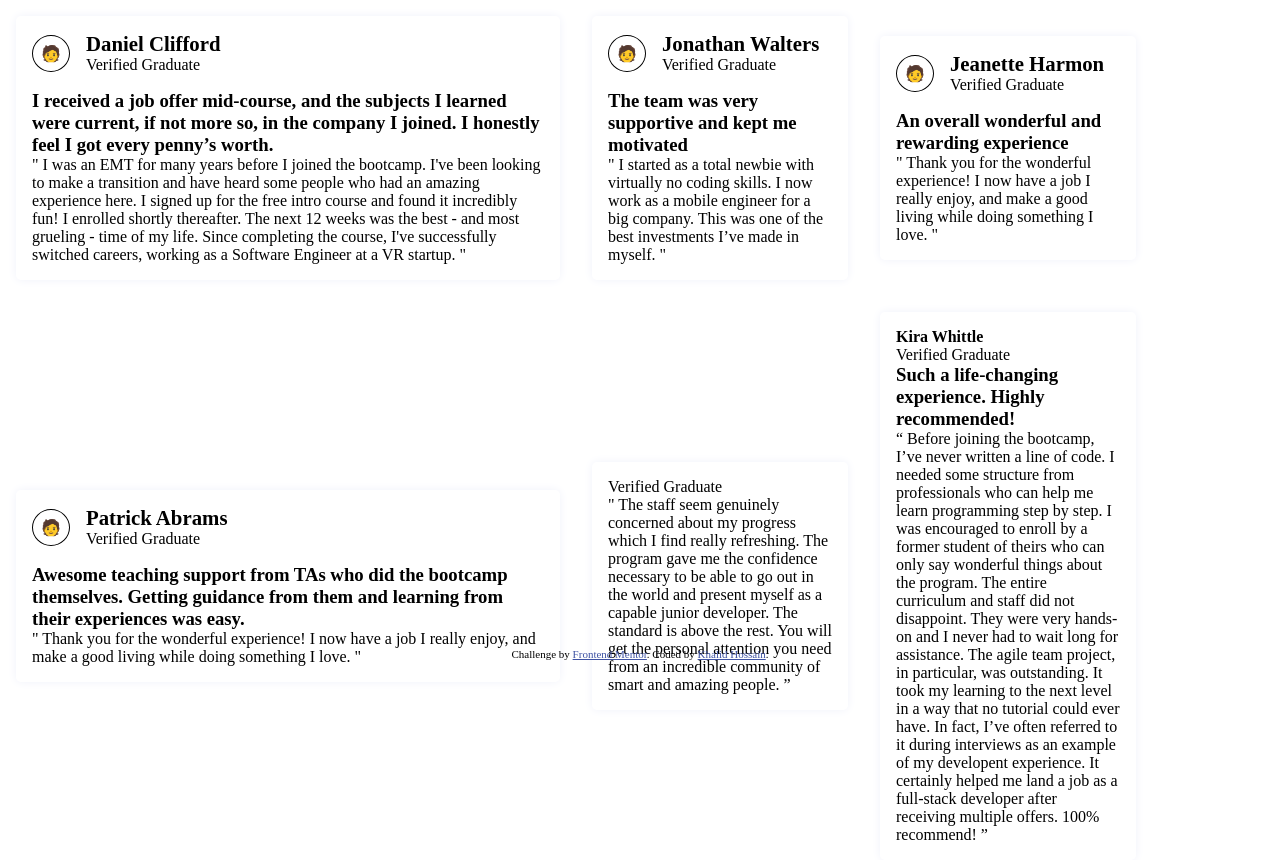
Repository: badhon252/Testimonials-Grid-Section
Page: index.html
These files come from the project's save history. The page is drawn as it stood at one moment and after the next save; the edit follows.
The browser window is 1280 px wide. The pictures show the whole page.

Above is the page before, as saved 2023-02-18 16:01:30.

After the next save:
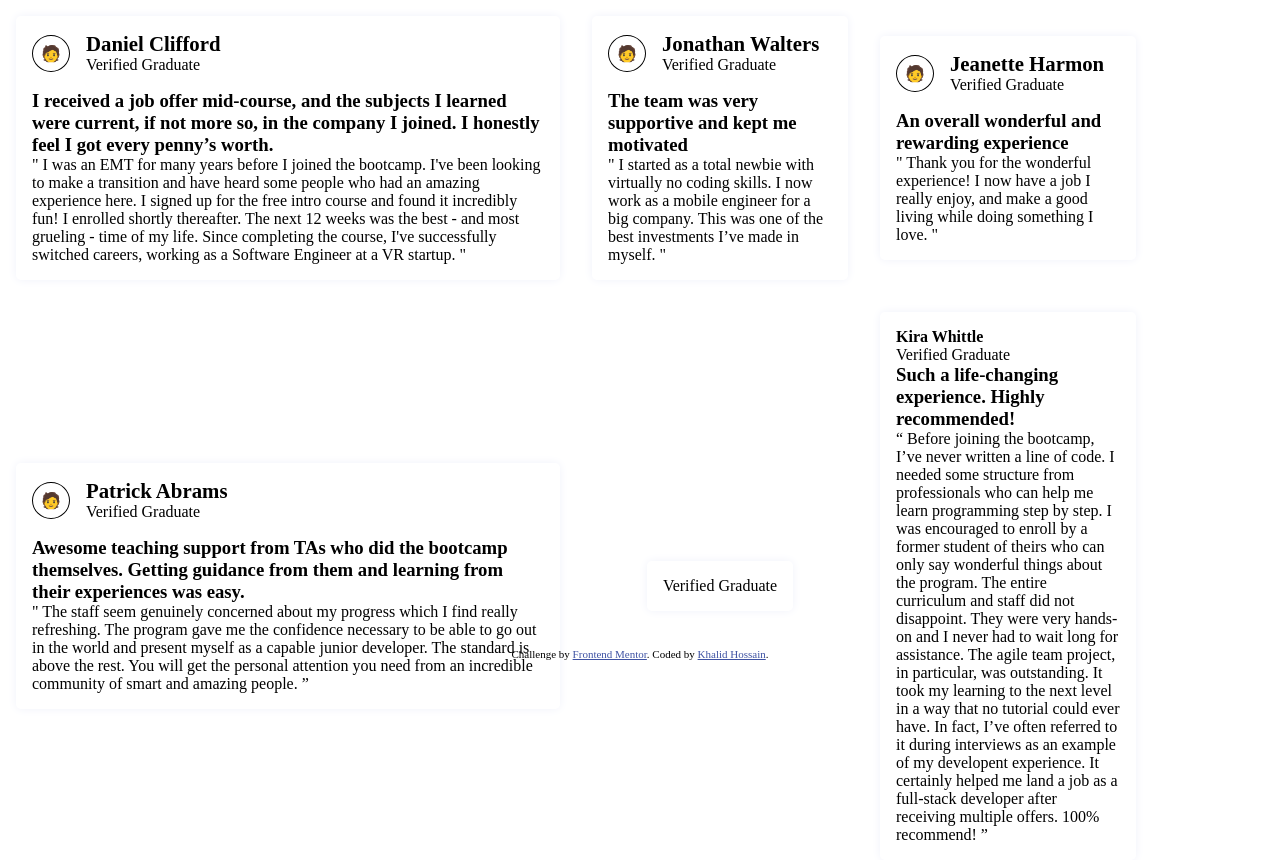
Saved 7 s later.
--- a/index.html
+++ b/index.html
@@ -66,7 +66,9 @@
             </div>
 
             <h3>Awesome teaching support from TAs who did the bootcamp themselves. Getting guidance from them and learning from their experiences was easy.</h3>
-            <p>" Thank you for the wonderful experience! I now have a job I really enjoy, and make a good living while doing something I love. "</p>
+            <p>" The staff seem genuinely concerned about my progress which I find really refreshing. The program gave me the confidence necessary to be able to go out in the world and present myself as a capable junior developer. The standard is above the
+                rest. You will get the personal attention you need from an incredible community of smart and amazing people. ”
+            </p>
         </div>
 
 
@@ -76,9 +78,7 @@
             <h4></h4>
             <p>Verified Graduate</p>
             <h3></h3>
-            <p>" The staff seem genuinely concerned about my progress which I find really refreshing. The program gave me the confidence necessary to be able to go out in the world and present myself as a capable junior developer. The standard is above the
-                rest. You will get the personal attention you need from an incredible community of smart and amazing people. ”
-            </p>
+
         </div>
         <div class="box box5">
             <h4>Kira Whittle</h4>
